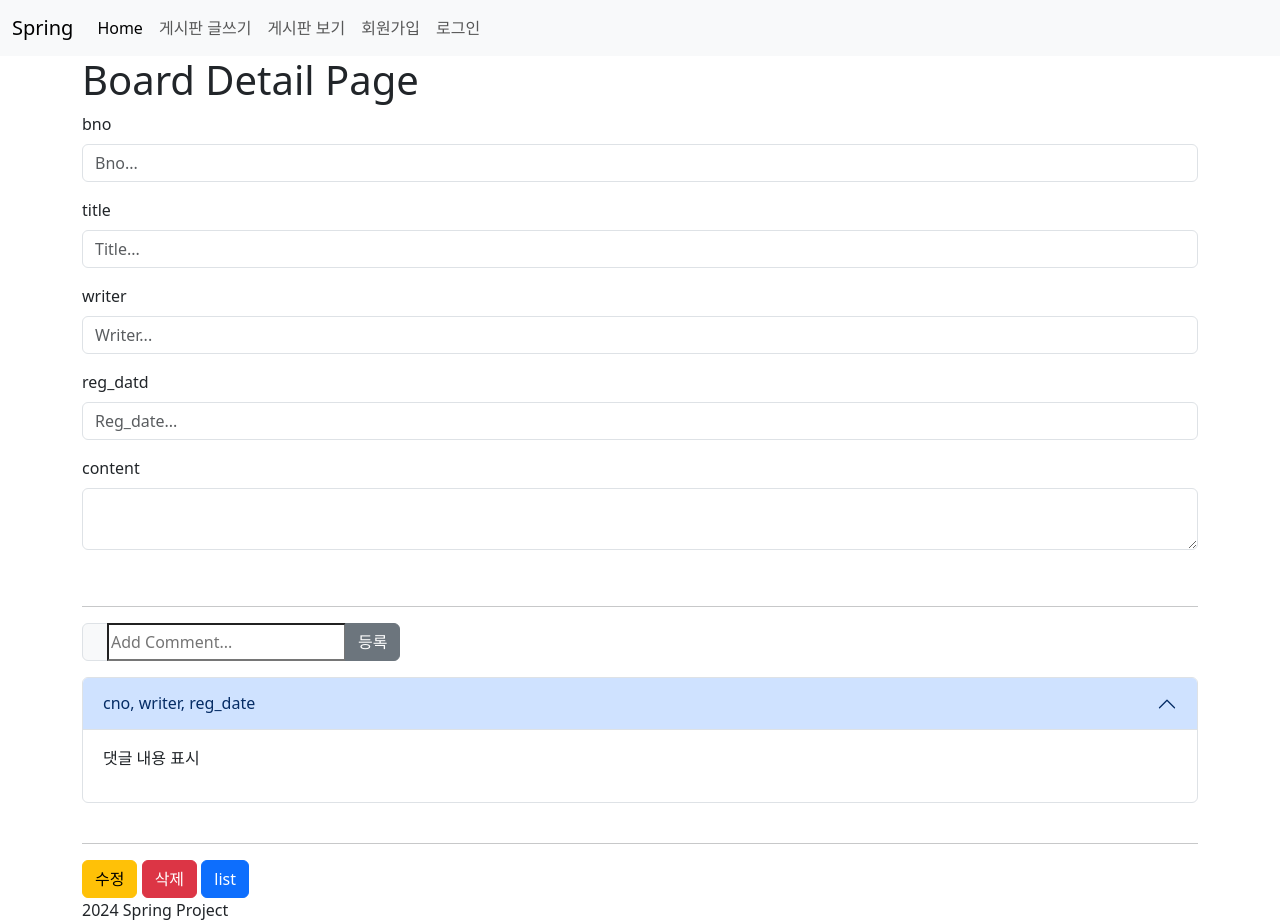
Repository: havanara/240423_SPRING_Project
Page: http://localhost/spring_study/WEB-INF/views/board/detail.jsp
An editor plug-in stored every save of this project. The page is shown before and after the next save, followed by the edit.
The browser window is 1280 px wide. The pictures show the whole page.
The page is served by Tomcat 9. Nobody is signed in. The template is opened directly, without the code that normally fills it, so the values that code supplies are empty.

Above is the page before, as saved 2024-04-26 03:10:14.

After the next save:
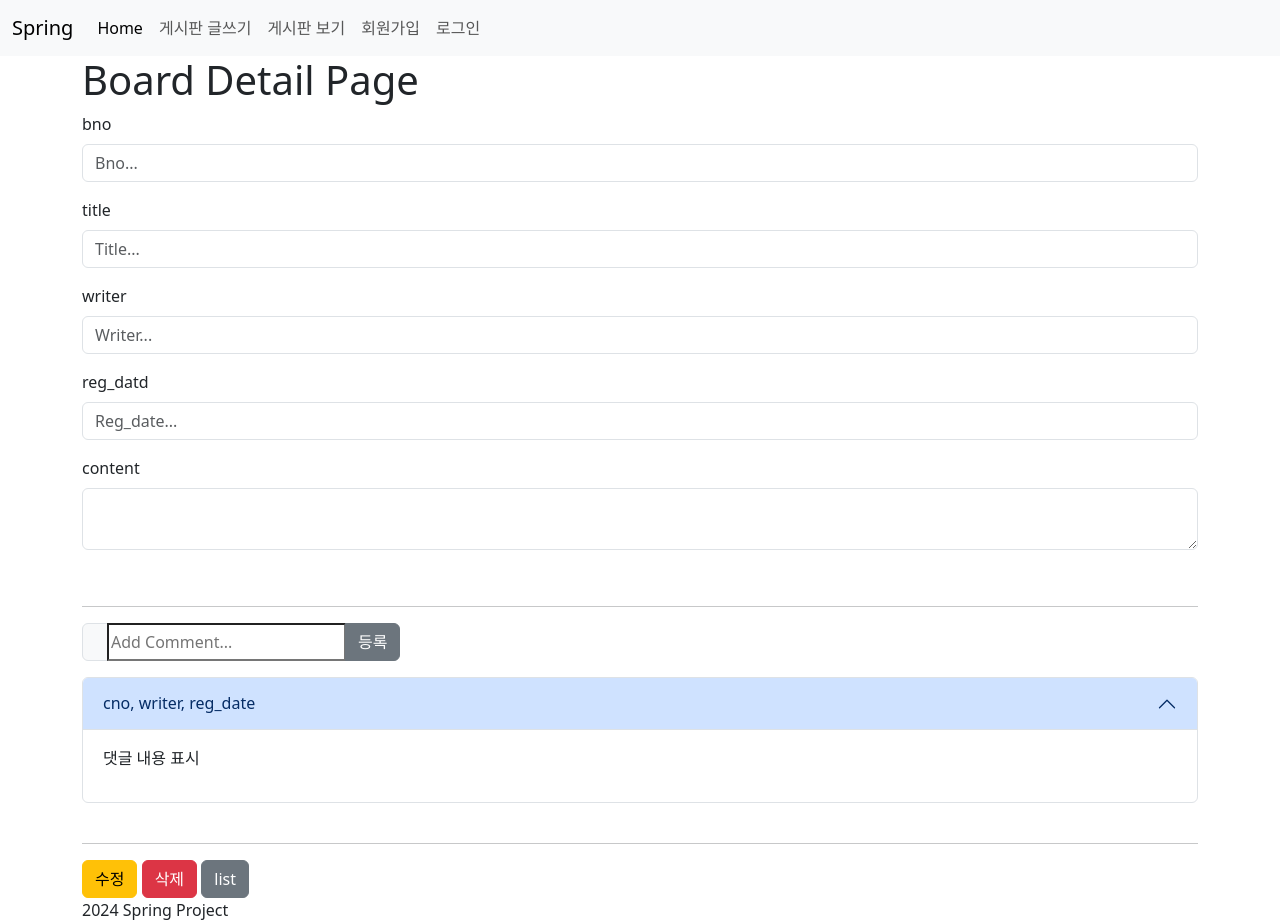
Saved 35 min 46 s later.
--- a/spring_study/src/main/webapp/WEB-INF/views/board/detail.jsp
+++ b/spring_study/src/main/webapp/WEB-INF/views/board/detail.jsp
@@ -57,7 +57,7 @@
 
 	<a href="/board/modify?bno=${bvo.bno }"><button type="button" class="btn btn-warning">수정</button></a>
 	<a href="/board/remove?bno=${bvo.bno }"><button type="button" class="btn btn-danger">삭제</button></a>
-	<a href="/board/list"><button type="button" class="btn btn-primary">list</button></a>
+	<a href="/board/list"><button type="button" class="btn btn-secondary">list</button></a>
 </div>
 
 <script type="text/javascript">

After the save that followed:
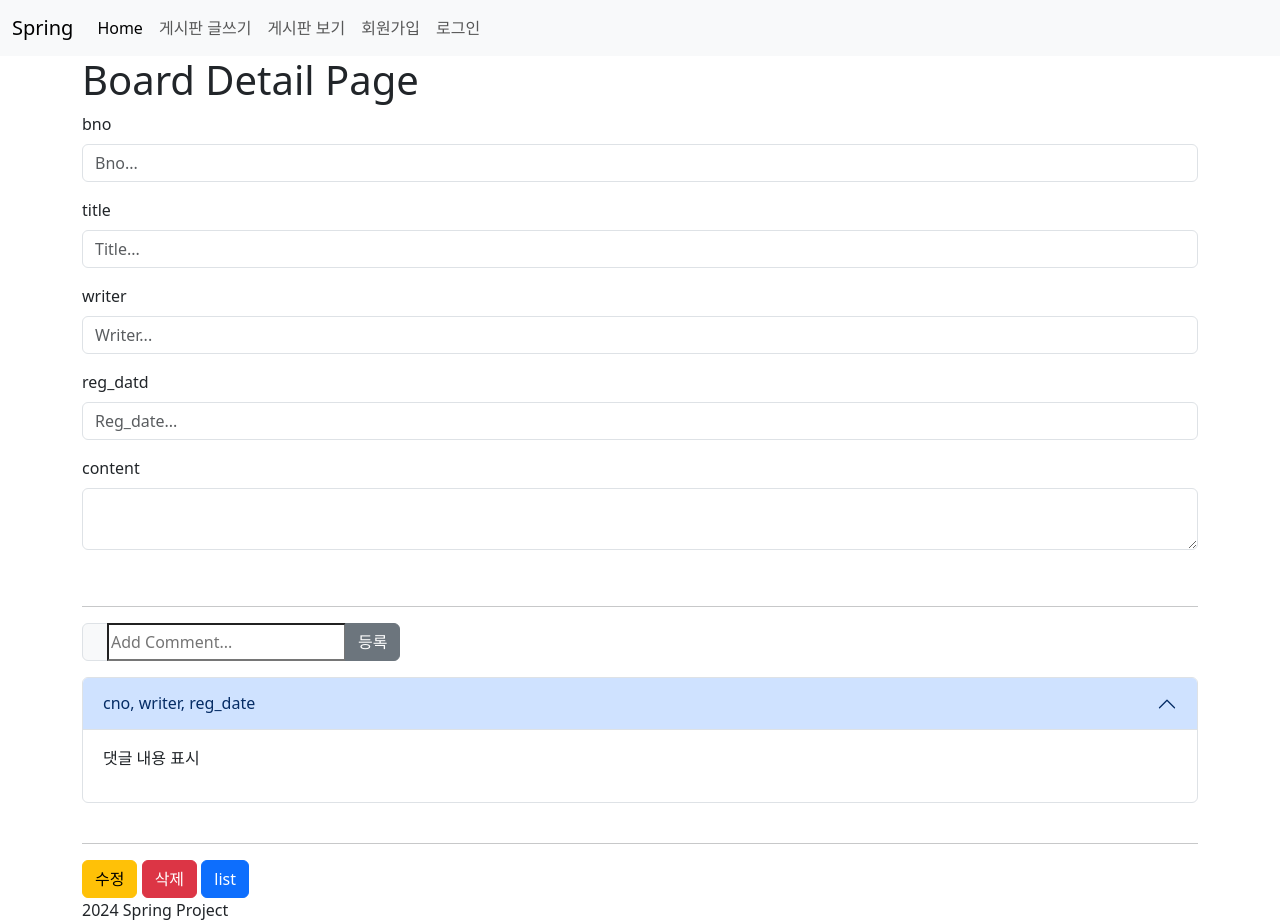
Saved 18 s later.
--- a/spring_study/src/main/webapp/WEB-INF/views/board/detail.jsp
+++ b/spring_study/src/main/webapp/WEB-INF/views/board/detail.jsp
@@ -57,7 +57,7 @@
 
 	<a href="/board/modify?bno=${bvo.bno }"><button type="button" class="btn btn-warning">수정</button></a>
 	<a href="/board/remove?bno=${bvo.bno }"><button type="button" class="btn btn-danger">삭제</button></a>
-	<a href="/board/list"><button type="button" class="btn btn-secondary">list</button></a>
+	<a href="/board/list"><button type="button" class="btn btn-primary">list</button></a>
 </div>
 
 <script type="text/javascript">
